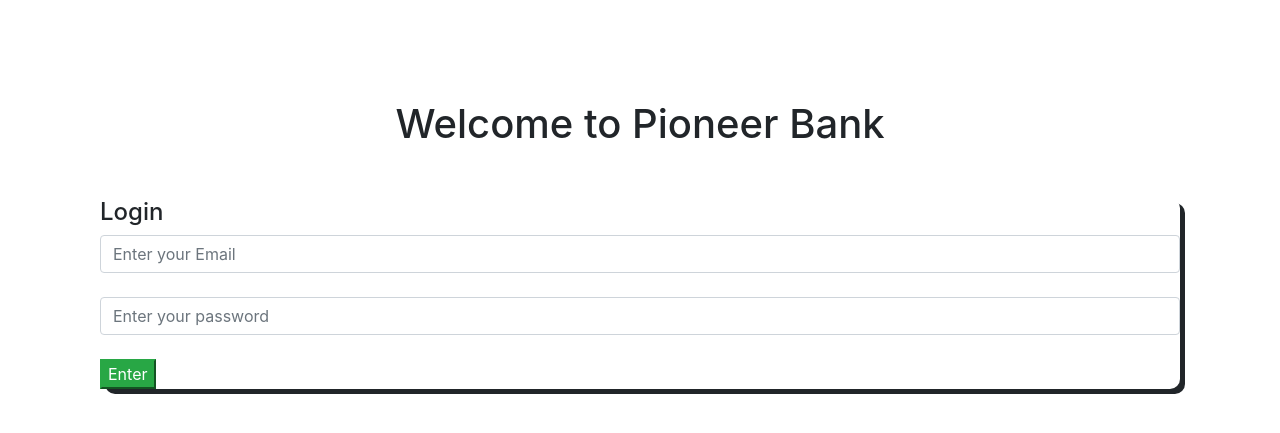
Repository: omarhasnain/pioneer-bank
Page: index.html
These files come from the project's save history. The page is drawn as it stood at one moment and after the next save; the edit follows.
The browser window is 1280 px wide. The pictures show the whole page.

Above is the page before, as saved 2021-04-27 17:08:23.

After the next save:
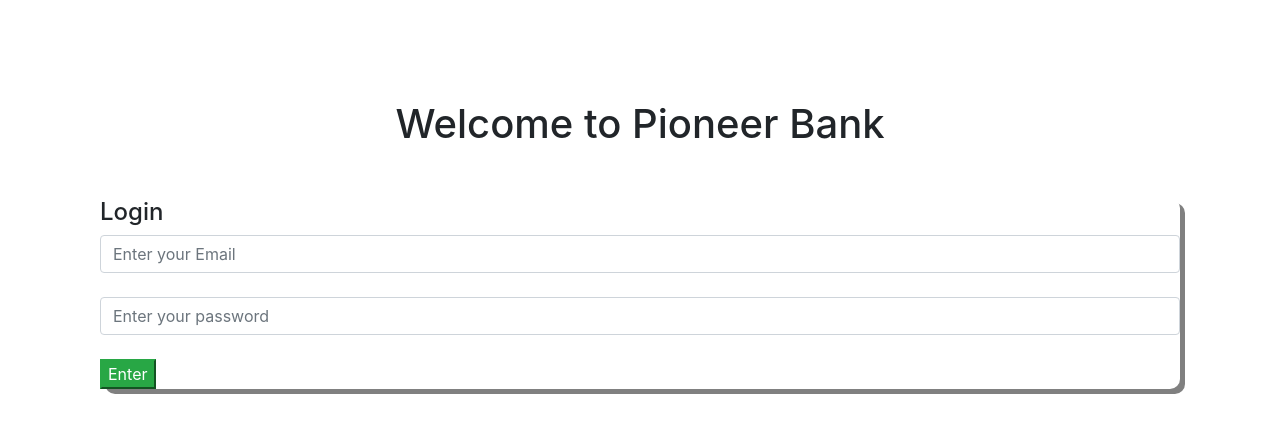
Saved 7 s later.
--- a/style.css
+++ b/style.css
@@ -5,5 +5,5 @@
 .submit-area {
     margin-top: 50px;
     border-radius: 10px;
-    box-shadow: 5px 5px;
+    box-shadow: 5px 5px grey;
 }
